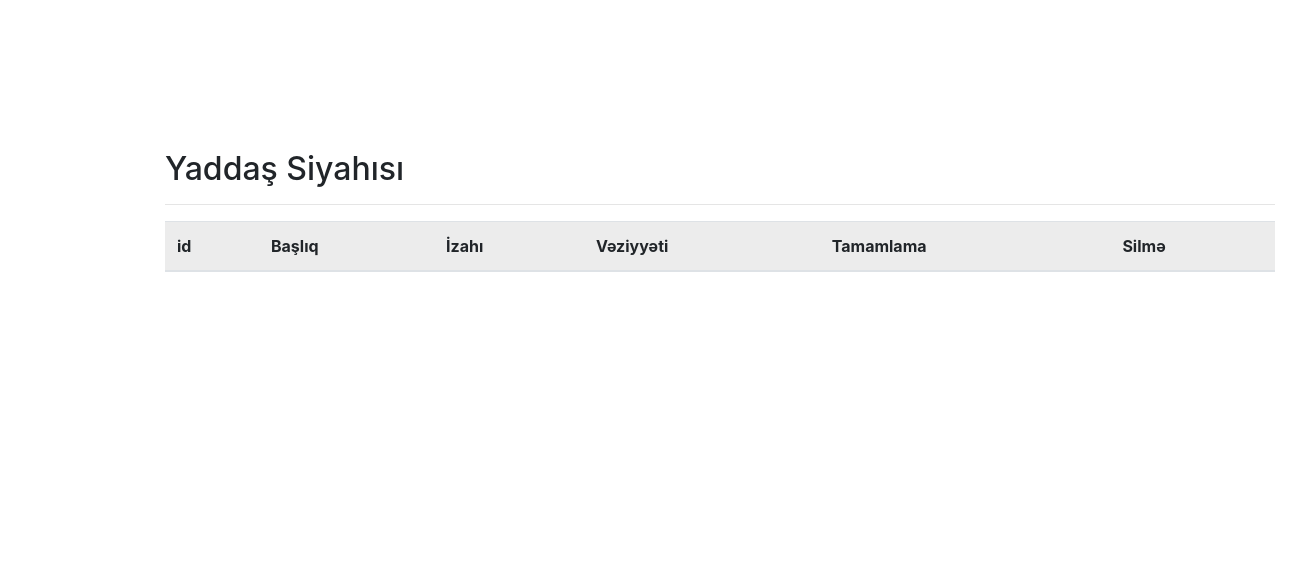
Repository: elvinyeka/ToDoApp
Page: http://localhost/
The author's editor kept a copy of each file at every save. The page is drawn from the files as they stood at one save, then again after the next save.
The browser window is 1280 px wide. The page is 1290 px wide, so the pictures cover 1290 px, including what lies to the right of the window. The pictures show the whole page.
Some web libraries are served in a nearby version. The page is served by the project's application, run on Flask 3 (todo.py).

Above is the page before, as saved 2020-09-27 19:54:29.

### templates/index.html
<!DOCTYPE html>
<html lang="en">

<head>
    <meta charset="UTF-8">
    <meta name="viewport" content="width=device-width, initial-scale=1.0">
    <link rel="stylesheet" href="https://maxcdn.bootstrapcdn.com/bootstrap/4.0.0/css/bootstrap.min.css" integrity="sha384-Gn5384xqQ1aoWXA+058RXPxPg6fy4IWvTNh0E263XmFcJlSAwiGgFAW/dAiS6JXm" crossorigin="anonymous">
    <title>ToDoApp</title>
</head>

<body>
    <div style="margin: 150px;" class="container">
        <h2>Yaddaş Siyahısı</h2>
        <hr>
        <table class="table table-hover">
            <thead class="table-active">
                <tr>
                    <th scope="col">id</th>
                    <th scope="col">Başlıq</th>
                    <th scope="col">İzahı</th>
                    <th scope="col">Vəziyyəti</th>
                    <th scope="col">Tamamlama</th>
                    <th scope="col">Silmə</th>
                </tr>
            </thead>
            <tbody>
                <tr>

                </tr>
            </tbody>


        </table>
    </div>


    <script src="https://code.jquery.com/jquery-3.2.1.slim.min.js" integrity="sha384-KJ3o2DKtIkvYIK3UENzmM7KCkRr/rE9/Qpg6aAZGJwFDMVNA/GpGFF93hXpG5KkN" crossorigin="anonymous"></script>
    <script src="https://cdnjs.cloudflare.com/ajax/libs/popper.js/1.12.9/umd/popper.min.js" integrity="sha384-ApNbgh9B+Y1QKtv3Rn7W3mgPxhU9K/ScQsAP7hUibX39j7fakFPskvXusvfa0b4Q" crossorigin="anonymous"></script>
    <script src="https://maxcdn.bootstrapcdn.com/bootstrap/4.0.0/js/bootstrap.min.js" integrity="sha384-JZR6Spejh4U02d8jOt6vLEHfe/JQGiRRSQQxSfFWpi1MquVdAyjUar5+76PVCmYl" crossorigin="anonymous"></script>
</body>

</html>

### todo.py
from flask import Flask,render_template
from flask_sqlalchemy import SQLAlchemy

app = Flask(__name__)
app.config['SQLALCHEMY_DATABASE_URI'] = 'sqlite:////Users/Elvin/Desktop/ToDoApp/todo.db'
db = SQLAlchemy(app)

@app.route("/")
def index():
    return render_template("index.html")

class Todo(db.Model):

    id = db.Column(db.Integer,primary_key=True)
    title = db.Column(db.String(80))
    content = db.Column(db.Text)
    complete = db.Column(db.Boolean)


if __name__ == "__main__":
    app.run(debug=True)

After the next save:
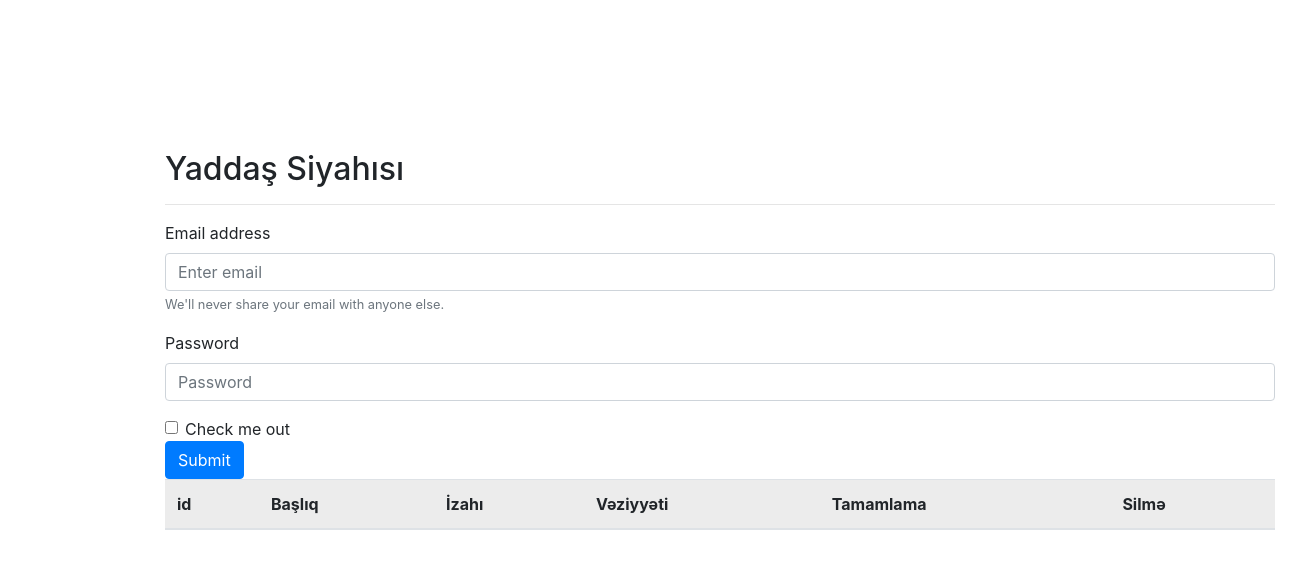
Saved 2 min 17 s later.
--- a/templates/index.html
+++ b/templates/index.html
@@ -12,6 +12,22 @@
     <div style="margin: 150px;" class="container">
         <h2>Yaddaş Siyahısı</h2>
         <hr>
+        <form>
+            <div class="form-group">
+                <label for="exampleInputEmail1">Email address</label>
+                <input type="email" class="form-control" id="exampleInputEmail1" aria-describedby="emailHelp" placeholder="Enter email">
+                <small id="emailHelp" class="form-text text-muted">We'll never share your email with anyone else.</small>
+            </div>
+            <div class="form-group">
+                <label for="exampleInputPassword1">Password</label>
+                <input type="password" class="form-control" id="exampleInputPassword1" placeholder="Password">
+            </div>
+            <div class="form-check">
+                <input type="checkbox" class="form-check-input" id="exampleCheck1">
+                <label class="form-check-label" for="exampleCheck1">Check me out</label>
+            </div>
+            <button type="submit" class="btn btn-primary">Submit</button>
+        </form>
         <table class="table table-hover">
             <thead class="table-active">
                 <tr>
